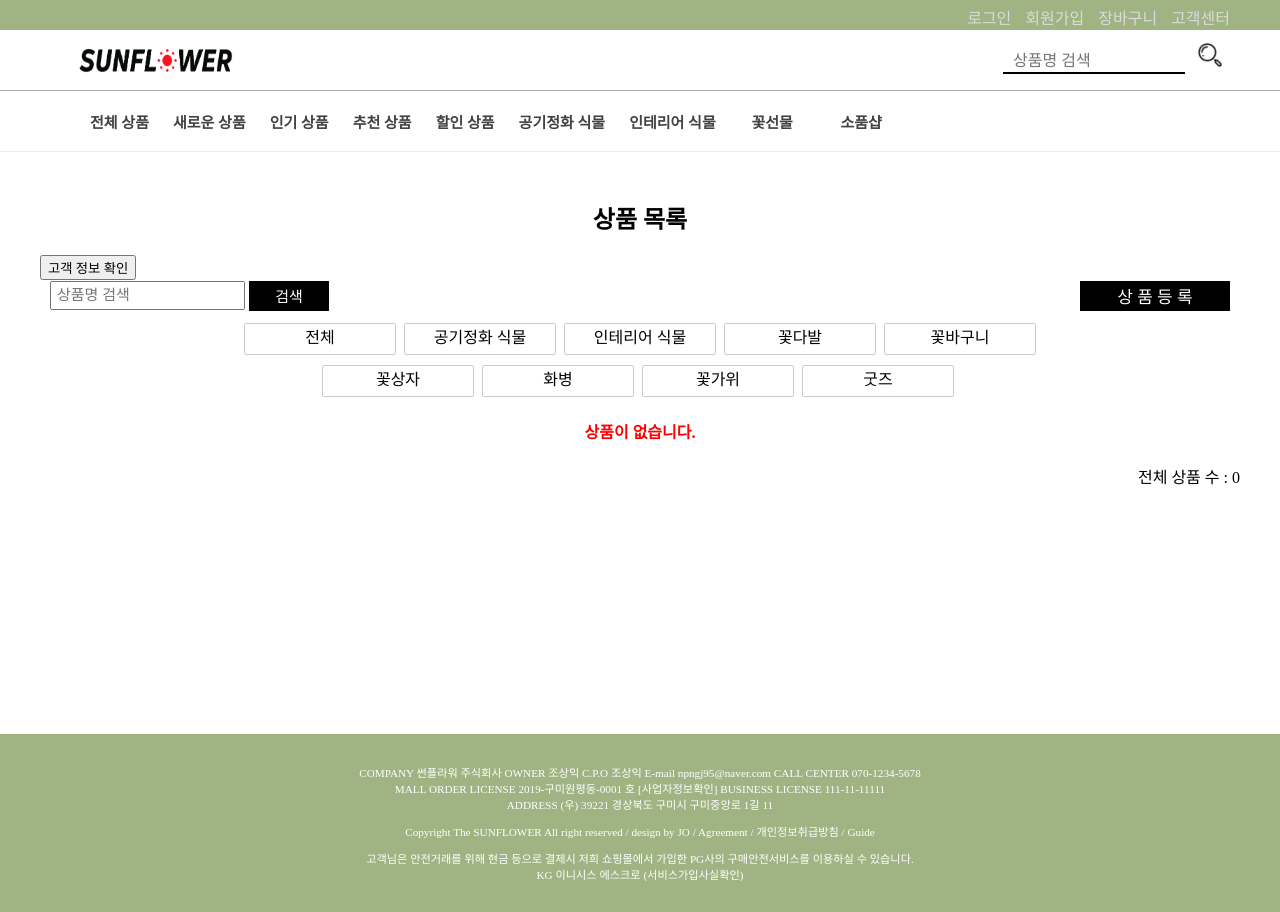
Repository: Jo-Sang-Ik/JSP_hompage
Page: http://localhost/home/product/product_list.jsp?category=11
The author's editor kept a copy of each file at every save. The page is drawn from the files as they stood at one save, then again after the next save.
The browser window is 1280 px wide. The pictures show the whole page.
Some web fonts or font styles are not loaded; a fallback is used. The page is served by Tomcat 9. Queries for data that is not in the repository find no rows.

Above is the page before, as saved 2020-05-06 01:59:25.

After the next save:
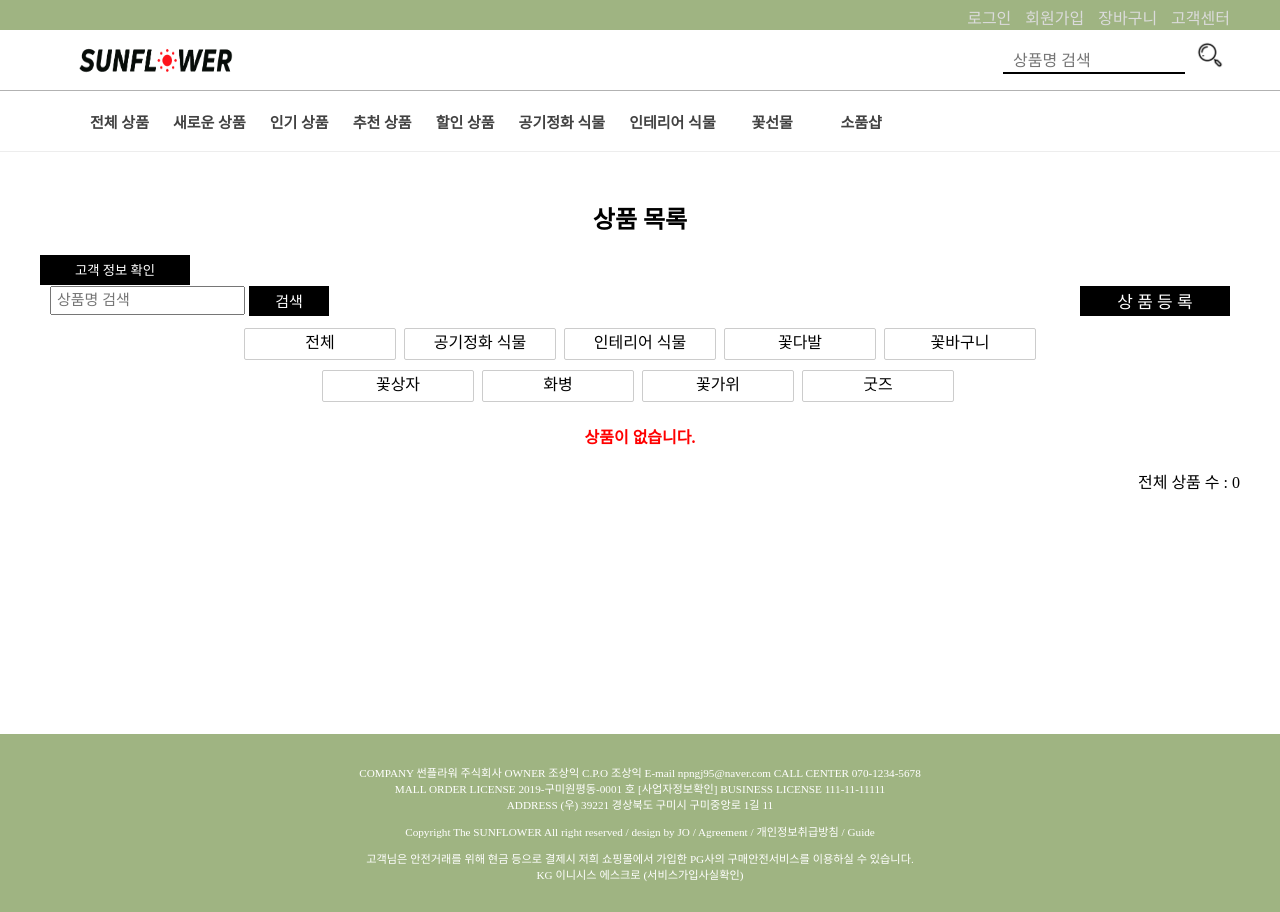
Saved 25 s later.
--- a/workspace/home/WebContent/product/product_list.jsp
+++ b/workspace/home/WebContent/product/product_list.jsp
@@ -44,7 +44,7 @@ if(pageNum == null) { // 처음페이지를 열었을 때 아무페이지도 없
 	<section>
 		<div id="content">
 		   	<h2>상품 목록</h2>
-		   	<div><input type="button" value="고객 정보 확인" onclick="location='../member/selectAll.jsp'"></div>
+		   	<div id="customer"><input type="button" value="고객 정보 확인" onclick="location='../member/selectAll.jsp'"></div>
 				<form name="search_form" action="product_list.jsp" method="post">
 					<table class="search_table">
 						<tr class="first_row">
